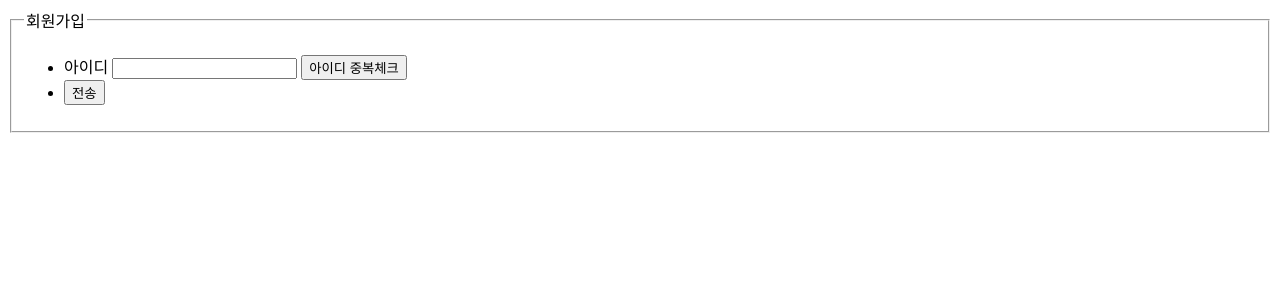
Repository: coolSummer1119/study
Page: workspace/ch03_Jsp/src/main/webapp/ch13_ajax/member.html
An editor plug-in stored every save of this project. The page is shown before and after the next save, followed by the edit.
The browser window is 1280 px wide. The pictures show the whole page.

Above is the page before, as saved 2024-04-26 05:45:17.

After the next save:
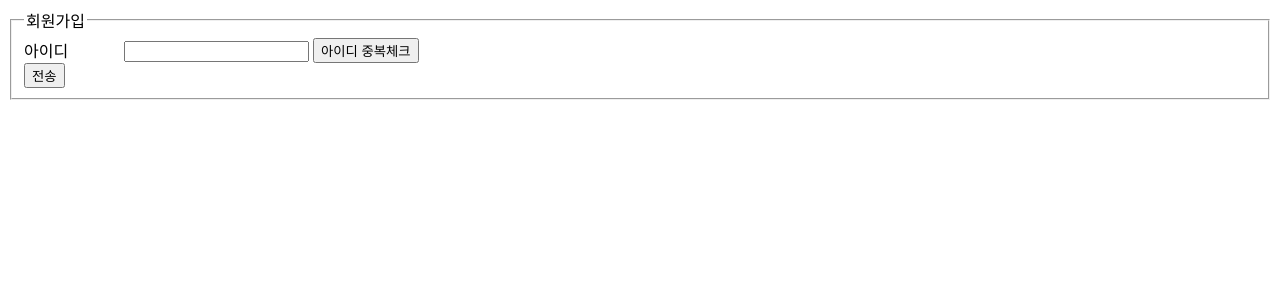
Saved 3 min 58 s later.
--- a/workspace/ch03_Jsp/src/main/webapp/ch13_ajax/member.html
+++ b/workspace/ch03_Jsp/src/main/webapp/ch13_ajax/member.html
@@ -3,6 +3,24 @@
 <head>
 <meta charset="UTF-8">
 <title>아이디 중복 체크</title>
+<style type="text/css">
+ul{
+	padding: 0;
+	margin: 0;
+	list-style: none;
+
+}
+ul li{
+	padding: 0;
+	margin: 0 0 10 0;
+
+}
+label{
+	width: 100px;
+	float: left;
+
+}
+</style>
 <script type="text/javascript" src="../js/jquery-3.7.1.min.js"></script>
 <script type="text/javascript">
 
